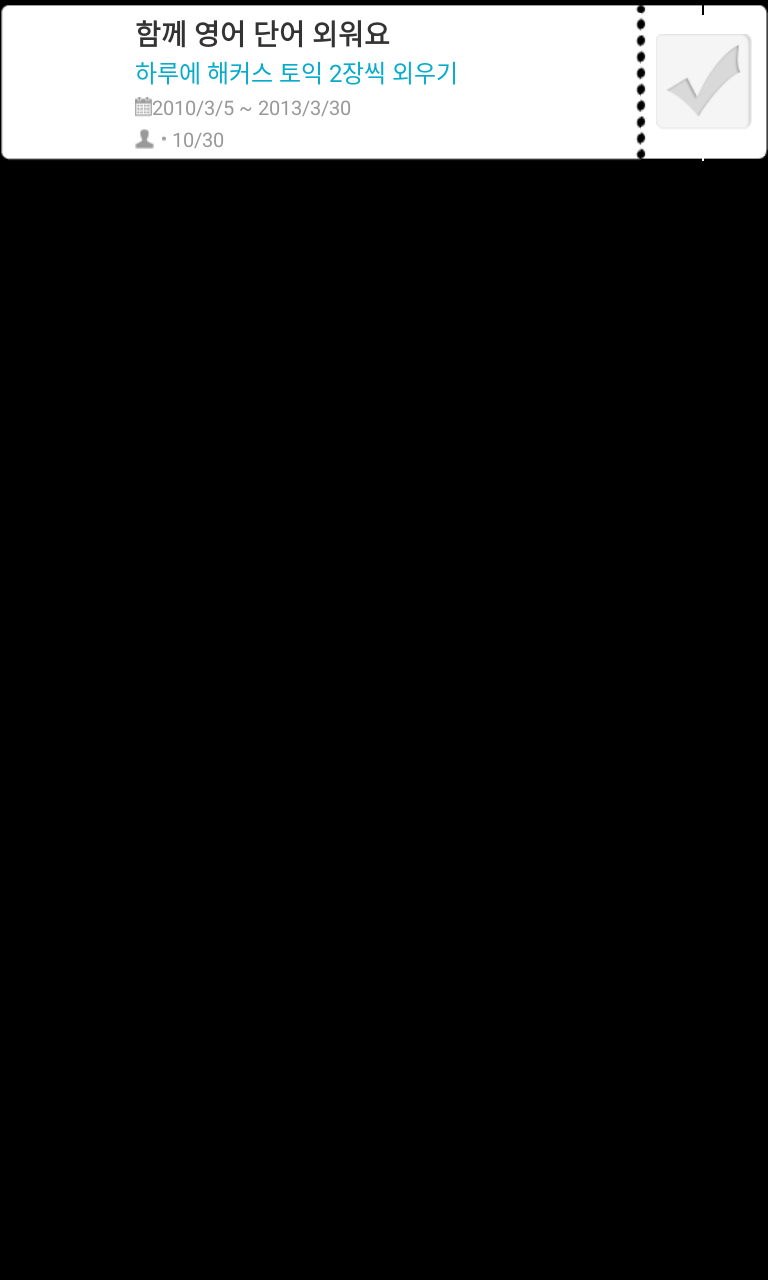
Repository: belhyun/witherest-android
Layout: Witherest/res/layout/mycheck_list_item_row.xml
These files come from the project's save history. The layout is drawn as it stood at one moment and after the next save; the edit follows.
It is drawn on a 768 x 1280 px phone screen (xhdpi) without system bars, with theme android:Theme.Holo; the app's code is not run.

Above is the layout before, as saved 2013-07-06 09:54:54.

After the next save:
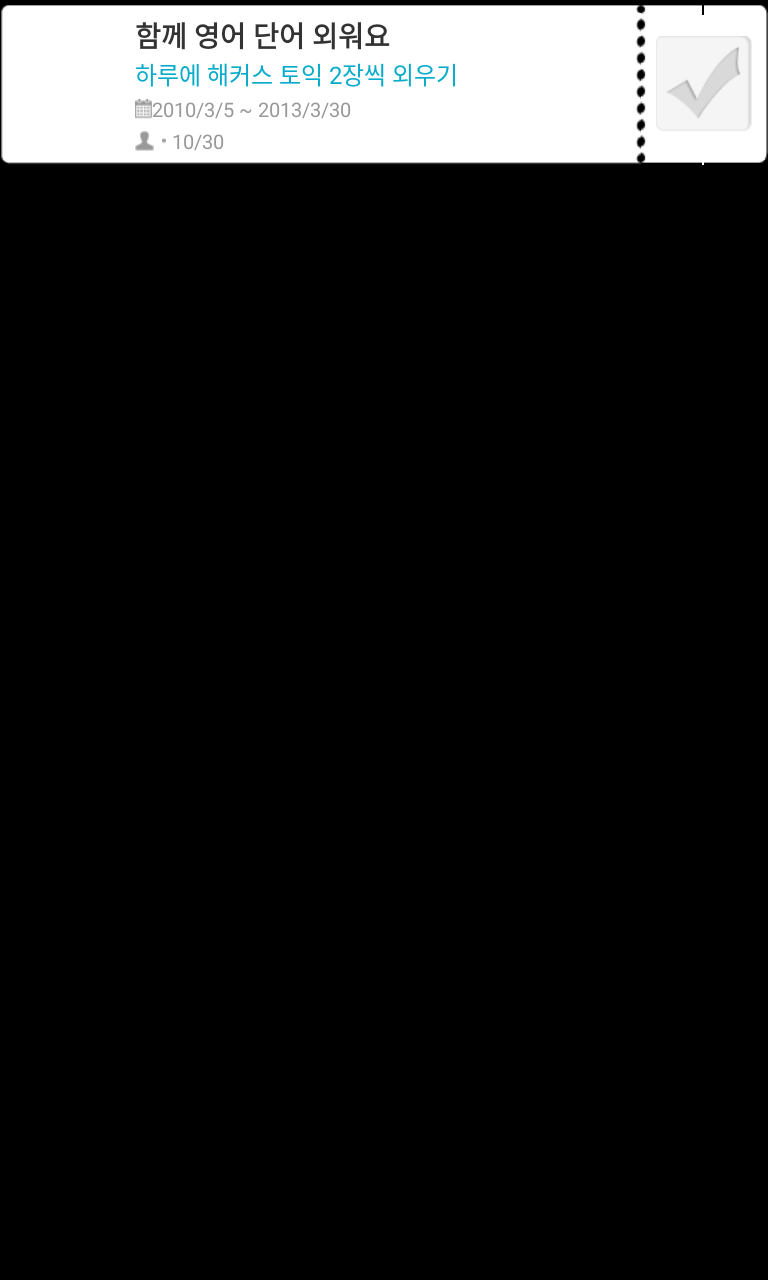
Saved 10 s later.
--- a/Witherest/res/layout/mycheck_list_item_row.xml
+++ b/Witherest/res/layout/mycheck_list_item_row.xml
@@ -20,8 +20,8 @@
             android:layout_toLeftOf="@+id/mycheck_row_right_contaniner"
             android:background="@drawable/mycheck_list_row_on_off"
             android:clickable="true"
-            android:paddingBottom="4dp"
-            android:paddingTop="4dp" >
+            android:paddingBottom="5dp"
+            android:paddingTop="5dp" >
 
             <LinearLayout
                 android:id="@+id/mycheck_row_thumbnail"
